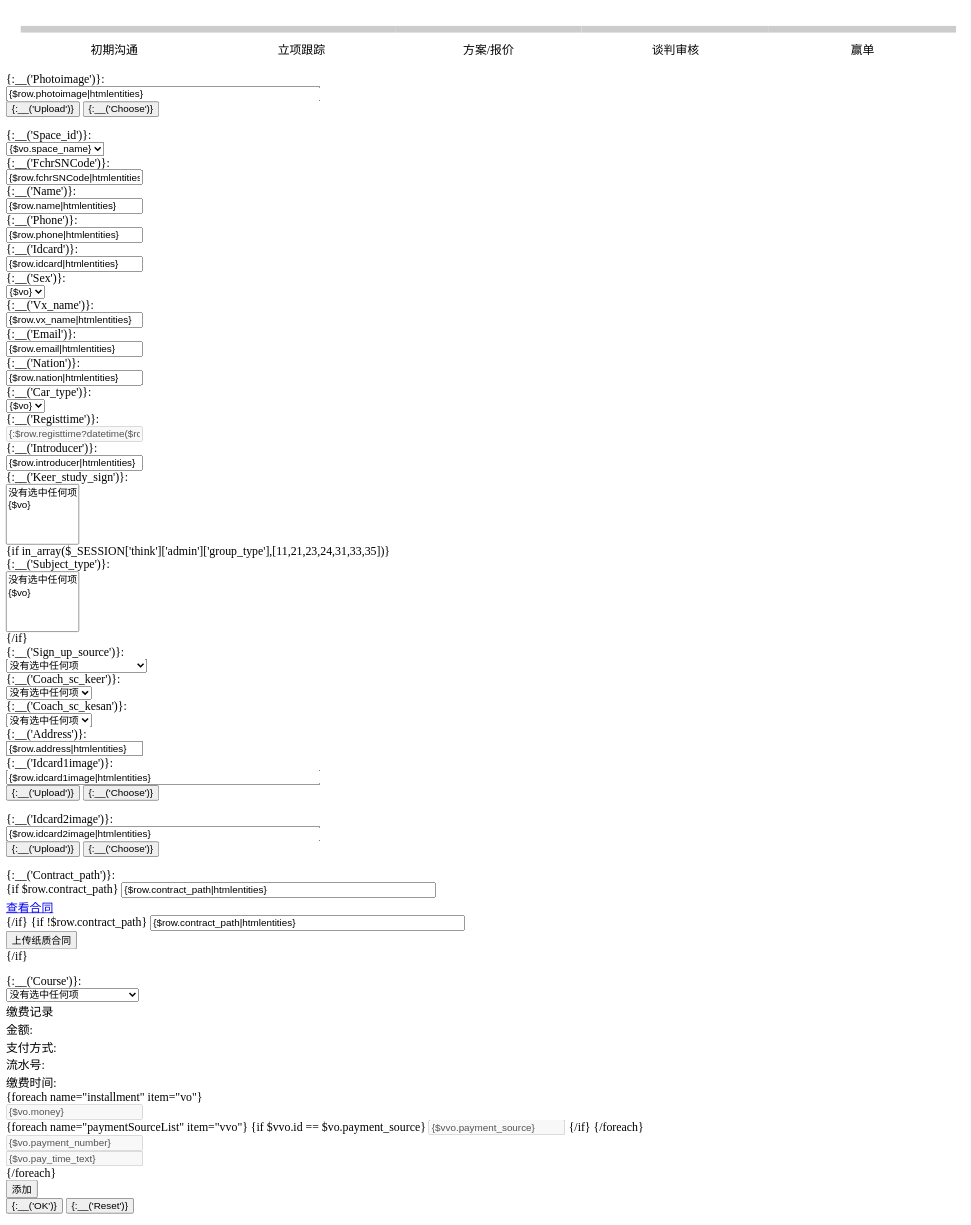
Repository: Akarin-Akari/xiaomaguantest
Page: application/admin/view/studentconfig/student/edit.html
An editor plug-in stored every save of this project. The page is shown before and after the next save, followed by the edit.
The browser window is 1280 px wide. The page is 1312 px wide, so the pictures cover 1312 px, including what lies to the right of the window. The pictures show the whole page, at 74% of full size.

Above is the page before, as saved 2024-01-23 18:46:41.
Console error: ReferenceError: $length is not defined

After the next save:
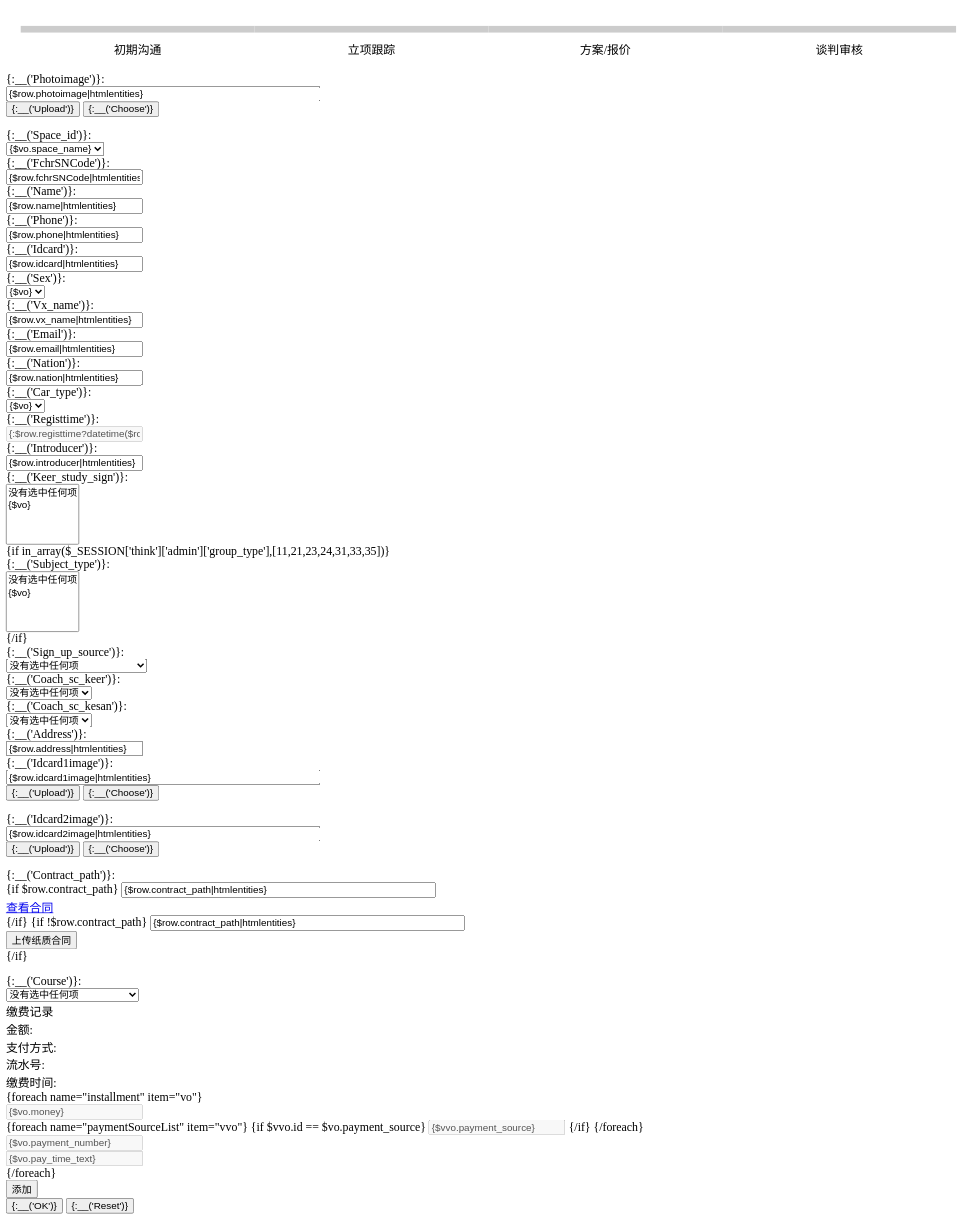
Saved 27 s later.
--- a/application/admin/view/studentconfig/student/edit.html
+++ b/application/admin/view/studentconfig/student/edit.html
@@ -74,17 +74,6 @@
                     <span>谈判审核</span>
                 </div>
             </div>
-
-            <div class="step">
-                <div class="step-progress right  done ">
-                    <div class="step-line"></div>
-                </div>
-                <div class="step-text">
-                    <span> 赢单 </span>
-                </div>
-            </div>
-
-
         </div>
 
     </div>
